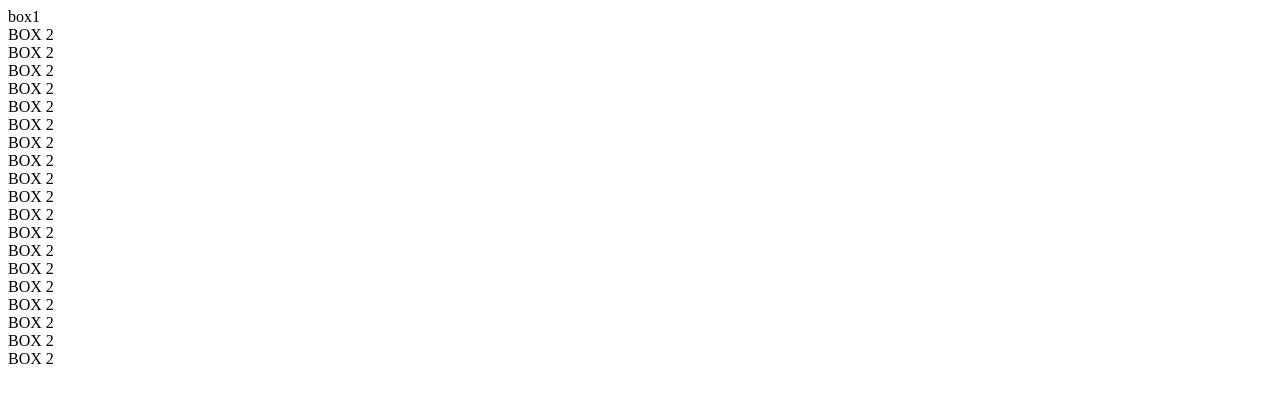
Repository: ARUN-YERRAM/HTMLLEARNING
Page: indxs.html
The author's editor kept a copy of each file at every save. The page is drawn from the files as they stood at one save, then again after the next save.
The browser window is 1280 px wide. The pictures show the whole page.

Above is the page before, as saved 2024-01-26 21:59:41.

### indxs.html
<!DOCTYPE html>
<html lang="en">
<head>
    <meta charset="UTF-8">
    <meta name="viewport" content="width=device-width, initial-scale=1.0">
    <title>Document</title>
</head>
<body>

    <div class="container">
        <div class="box">box1</div>
        <div class="box">BOX 2

        </div>
        <div class="box">BOX 2

        </div>
        <div class="box">BOX 2

        </div>
        <div class="box">BOX 2

        </div>
        <div class="box">BOX 2

        </div>
        <div class="box">BOX 2

        </div>
        <div class="box">BOX 2

        </div>
        <div class="box">BOX 2

        </div>
        <div class="box">BOX 2

        </div>
        <div class="box">BOX 2

        </div>
        <div class="box">BOX 2

        </div>
        <div class="box">BOX 2

        </div>
        <div class="box">BOX 2

        </div>
        <div class="box">BOX 2

        </div>
        <div class="box">BOX 2

        </div>
        <div class="box">BOX 2

        </div>
        <div class="box">BOX 2

        </div>
        <div class="box">BOX 2

        </div>
        <div class="box">BOX 2

        </div>
    </div>
</body>
</html>

After the next save:
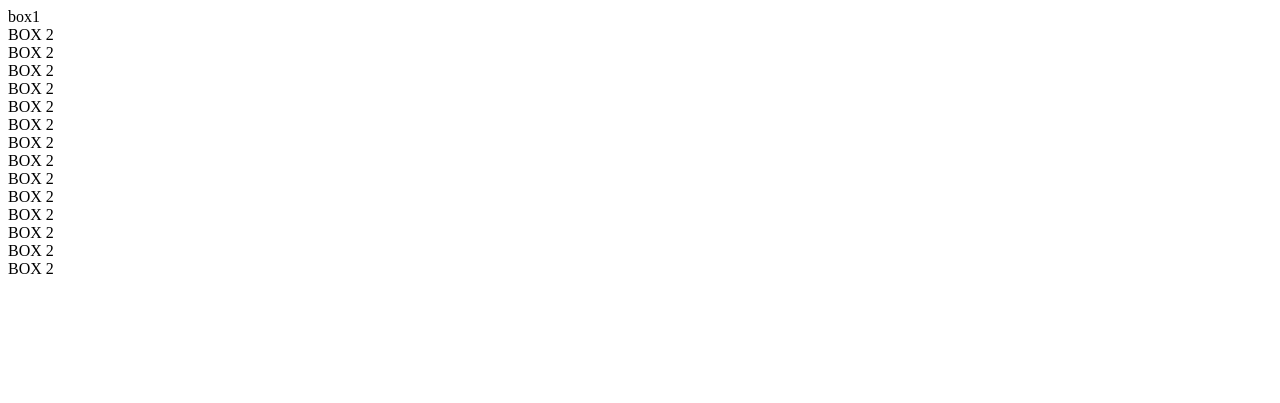
Saved 26 s later.
--- a/indxs.html
+++ b/indxs.html
@@ -51,19 +51,19 @@
         <div class="box">BOX 2
 
         </div>
-        <div class="box">BOX 2
 
-        </div>
-        <div class="box">BOX 2
 
-        </div>
-        <div class="box">BOX 2
 
-        </div>
-        <div class="box">BOX 2
 
-        </div>
-        <div class="box">BOX 2
+
+
+
+
+
+
+
+
+
 
         </div>
     </div>
